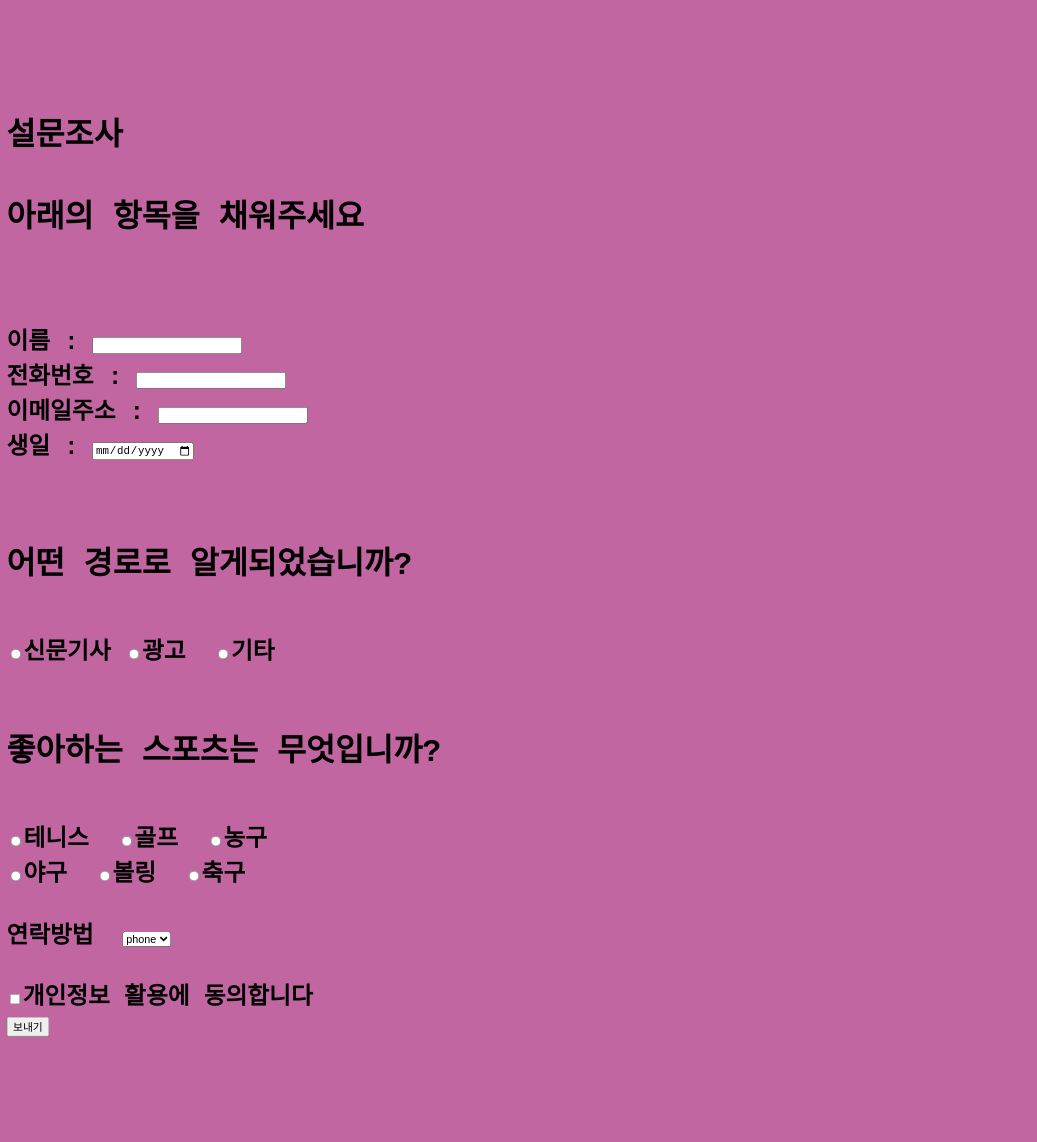
Repository: violetaplum/eclipseJSP
Page: http://localhost/JSP/jsp_DB/dao.jsp
These files come from the project's save history. The page is drawn as it stood at one moment and after a run of saves; the edit follows.
The browser window is 1280 px wide. The pictures show the whole page, at 81% of full size.
The page is served by Tomcat 9.

Above is the page before, as saved 2019-06-12 10:05:52.

After the next 3 saves:
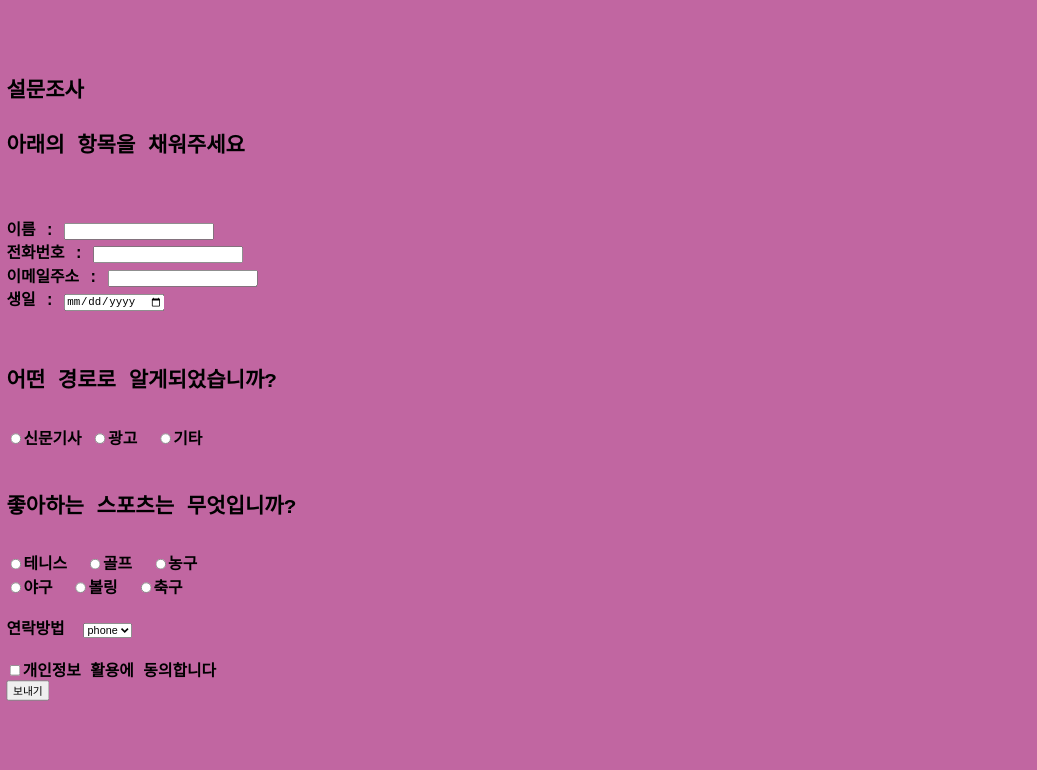
The 3 saves are shown as one change because they came seconds apart.
The last was saved 19 s later.
--- a/JSP/WebContent/jsp_DB/dao.jsp
+++ b/JSP/WebContent/jsp_DB/dao.jsp
@@ -28,7 +28,7 @@ ArrayList<TelInfoVO> tiArray = tidao.getAllInfo();
 
 </head>
 <body>
-<h2>
+
 <pre>
 
 <form action="./dao2.jsp" method="get">
@@ -69,8 +69,8 @@ ArrayList<TelInfoVO> tiArray = tidao.getAllInfo();
 
 </form>
 </pre>
+</h2>
 
 
-</h2>
 </body>
 </html>
